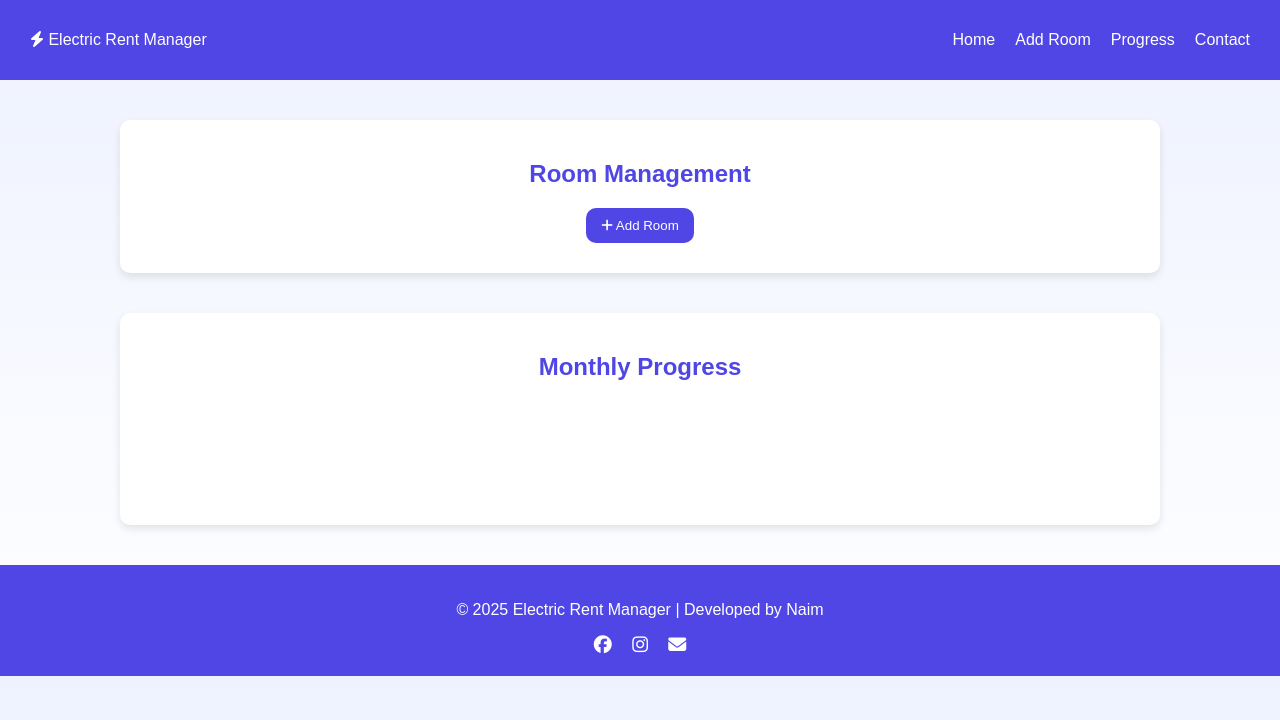
Repository: naimuddin1190/HomeRent-Management-System
Page: index.html
The author's editor kept a copy of each file at every save. The page is drawn from the files as they stood at one save, then again after the next save.
The browser window is 1280 px wide. The pictures show the whole page.

Above is the page before, as saved 2025-11-04 20:34:22.
Not found: js/script.js

### index.html
<!doctype html>
<html lang="en">
<head>
  <meta charset="utf-8" />
  <meta name="viewport" content="width=device-width, initial-scale=1" />
  <title>Electric Rent Manager</title>

  <!-- CSS -->
  <link rel="stylesheet" href="style.css">

  <!-- Font Awesome for icons -->
  <link rel="stylesheet" href="https://cdnjs.cloudflare.com/ajax/libs/font-awesome/6.5.0/css/all.min.css">

  <!-- Chart.js -->
  <script src="https://cdn.jsdelivr.net/npm/chart.js"></script>
</head>
<body>

  <!-- Navbar -->
  <nav class="navbar">
    <div class="logo"><i class="fa-solid fa-bolt"></i> Electric Rent Manager</div>
    <ul>
      <li><a href="#">Home</a></li>
      <li><a href="#rooms">Add Room</a></li>
      <li><a href="#progress">Progress</a></li>
      <li><a href="#contact">Contact</a></li>
    </ul>
  </nav>

  <!-- Room Section -->
  <section id="rooms" class="container">
    <h2>Room Management</h2>
    <div id="roomContainer"></div>
    <button id="addRoomBtn" class="add-btn"><i class="fa-solid fa-plus"></i> Add Room</button>
  </section>

  <!-- Progress Section -->
  <section id="progress" class="container">
    <h2>Monthly Progress</h2>
    <canvas id="progressChart" height="100"></canvas>
  </section>

  <!-- Footer -->
  <footer>
    <p>© 2025 Electric Rent Manager | Developed by Naim</p>
    <div class="social">
      <a href="#"><i class="fab fa-facebook"></i></a>
      <a href="#"><i class="fab fa-instagram"></i></a>
      <a href="mailto:uddinmdnaim10@gmail.com"><i class="fa-solid fa-envelope"></i></a>
    </div>
  </footer>

  <!-- JS -->
  <script src="js/script.js"></script>
</body>
</html>

### style.css
:root {
  --primary: #4f46e5;
  --accent: #06b6d4;
  --light: #f9fafb;
  --dark: #1f2937;
  --radius: 10px;
}

body {
  margin: 0;
  font-family: "Poppins", sans-serif;
  background: linear-gradient(180deg, #eef2ff, #ffffff);
  color: var(--dark);
}

/* Navbar */
.navbar {
  background: var(--primary);
  color: white;
  padding: 15px 30px;
  display: flex;
  justify-content: space-between;
  align-items: center;
}
.navbar ul {
  list-style: none;
  display: flex;
  gap: 20px;
}
.navbar a {
  color: white;
  text-decoration: none;
  font-weight: 500;
}
.navbar a:hover {
  text-decoration: underline;
}

/* Container */
.container {
  max-width: 1000px;
  margin: 40px auto;
  padding: 20px;
  background: white;
  border-radius: var(--radius);
  box-shadow: 0 4px 8px rgba(0, 0, 0, 0.1);
}
h2 {
  text-align: center;
  color: var(--primary);
}

/* Room Cards */
.room {
  background: var(--light);
  border: 1px solid #ddd;
  border-radius: var(--radius);
  padding: 15px;
  margin-bottom: 20px;
}
.room input {
  width: 100%;
  padding: 8px;
  margin: 5px 0;
  border-radius: var(--radius);
  border: 1px solid #ccc;
}
.room button {
  background: var(--accent);
  color: white;
  border: none;
  padding: 8px 15px;
  border-radius: var(--radius);
  cursor: pointer;
}
.room button:hover {
  background: var(--primary);
}
.remove-btn {
  background: #ef4444;
  margin-left: 10px;
}

/* Add Room Button */
.add-btn {
  background: var(--primary);
  color: white;
  padding: 10px 15px;
  border: none;
  border-radius: var(--radius);
  cursor: pointer;
  display: block;
  margin: 10px auto;
}
.add-btn:hover {
  background: var(--accent);
}

/* Footer */
footer {
  background: var(--primary);
  color: white;
  text-align: center;
  padding: 20px;
}
footer .social a {
  color: white;
  margin: 0 8px;
  font-size: 18px;
}

### script.js
let roomCount = 0;
const container = document.getElementById("roomContainer");
const addRoomBtn = document.getElementById("addRoomBtn");

function createRoomCard() {
  roomCount++;
  const card = document.createElement("div");
  card.className = "room";
  card.innerHTML = `
    <h3>Room ${roomCount}</h3>
    <input type="text" placeholder="Tenant Name" id="tenant${roomCount}">
    <input type="number" placeholder="Home Rent (Taka)" id="rent${roomCount}">
    <input type="number" placeholder="Previous Month Unit" id="prev${roomCount}">
    <input type="number" placeholder="Current Month Unit" id="curr${roomCount}">
    <button onclick="calculate(${roomCount})">Calculate</button>
    <button class="remove-btn" onclick="removeRoom(this)">Remove</button>
    <p id="result${roomCount}"></p>
  `;
  container.appendChild(card);
}

function removeRoom(btn) {
  btn.parentElement.remove();
}

function calculate(id) {
  const rent = parseFloat(document.getElementById(`rent${id}`).value) || 0;
  const prev = parseFloat(document.getElementById(`prev${id}`).value) || 0;
  const curr = parseFloat(document.getElementById(`curr${id}`).value) || 0;
  const units = curr - prev;
  const electricBill = units * 10;
  const total = rent + electricBill;

  document.getElementById(`result${id}`).innerHTML = `
    <strong>Units Used:</strong> ${units} <br>
    <strong>Electric Bill:</strong> ${electricBill} Taka <br>
    <strong>Total Bill:</strong> ${total} Taka
  `;

  updateChart(id, electricBill);
}

// Chart.js for Monthly Progress
const ctx = document.getElementById('progressChart').getContext('2d');
const progressChart = new Chart(ctx, {
  type: 'bar',
  data: {
    labels: [],
    datasets: [{
      label: 'Electric Bill (Taka)',
      data: [],
      backgroundColor: '#4f46e5'
    }]
  },
  options: {
    responsive: true,
    scales: {
      y: { beginAtZero: true }
    }
  }
});

function updateChart(room, bill) {
  progressChart.data.labels.push(`Room ${room}`);
  progressChart.data.datasets[0].data.push(bill);
  progressChart.update();
}

addRoomBtn.addEventListener("click", createRoomCard);

After the next save:
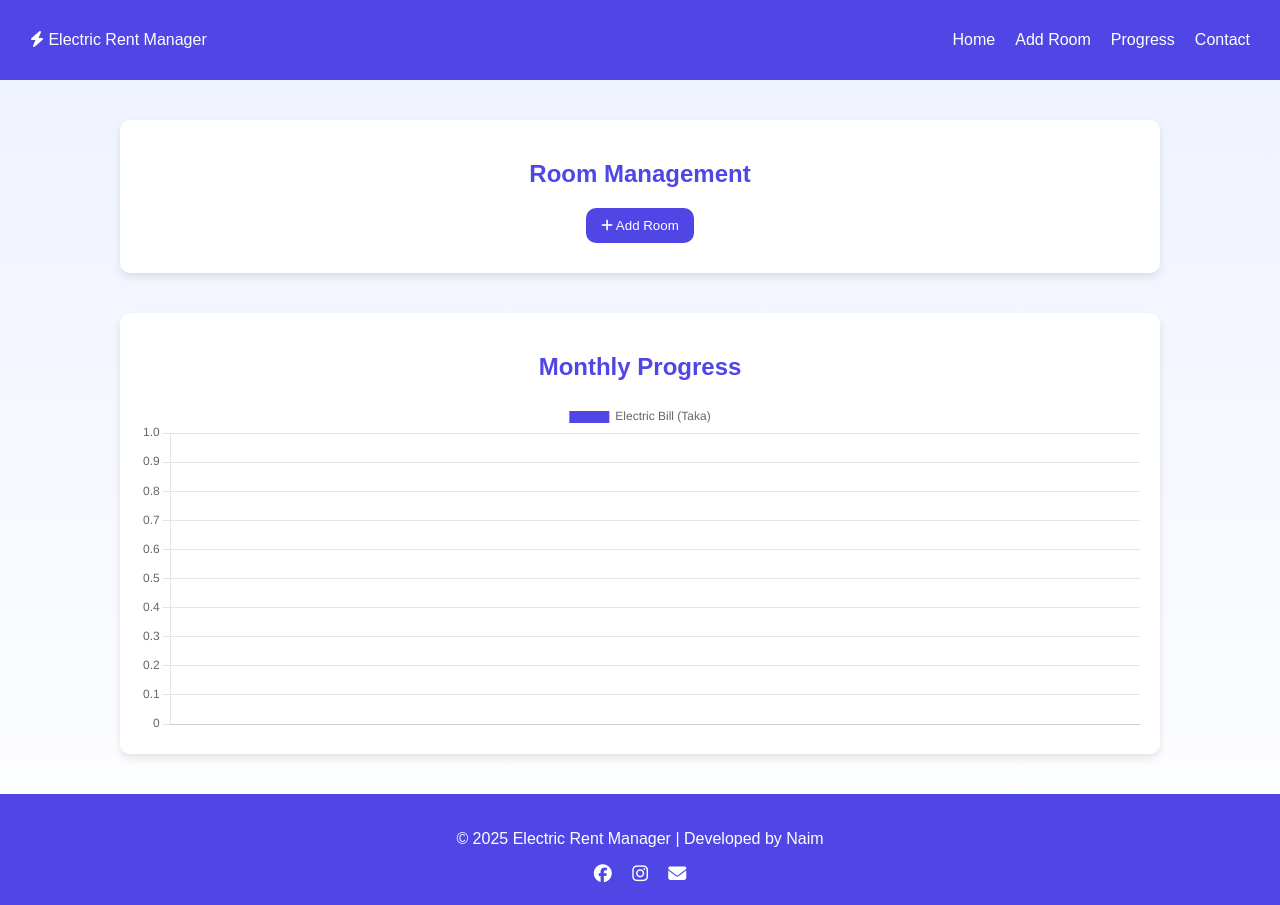
Saved 24 s later.
--- a/index.html
+++ b/index.html
@@ -51,6 +51,6 @@
   </footer>
 
   <!-- JS -->
-  <script src="js/script.js"></script>
+  <script src="script.js"></script>
 </body>
 </html>
